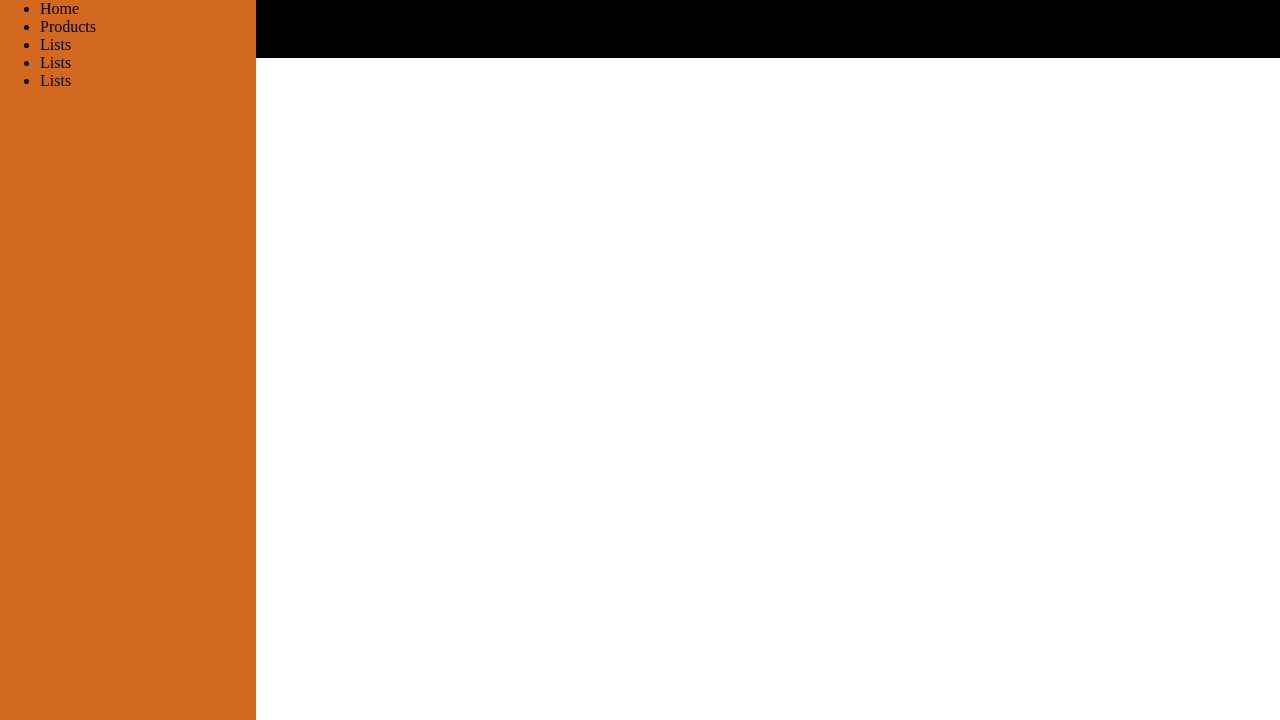
Repository: hemantsaini-7/React_Basics
Page: / (app in SIDEBAR/)
The author's editor kept a copy of each file at every save. The page is drawn from the files as they stood at one save, then again after the next save.
The browser window is 1280 px wide. The pictures show the whole page.
The project was rebuilt for these pictures with package versions that can differ from the ones it lists, and the page was loaded fresh each time. Also part of the build but not shown: SIDEBAR/src/components/Sidebar.js.

Above is the page before, as saved 2020-11-15 20:21:51.

### SIDEBAR/src/App.js
import React from 'react';
import './App.css';
import Navbar from './components/Navbar'

function App() {
  return (
    <div>
      <Navbar/>
    </div>
  );
}

export default App;

### SIDEBAR/src/App.css
* {
  margin: 0px;
}
nav {
  background-color: black;
  color: white;
  padding: 20px;
  position: fixed;
  width: 100vw;
}
.ul {
  background-color: aqua;
}
.li {
  background-color: chartreuse;
}
.side-active {
  background-color: chocolate;
  height: 100vh;
  width: 20vw;
  position: fixed;
}
.side-deactive {
  background-color: aqua;
}

### SIDEBAR/src/components/Navbar.js
import React from 'react'
import { useState } from 'react'
import Sidebar from './Sidebar'

function Navbar() {
    const [sidebar,setsidebar]=useState(true);

const ClickHandler=()=>{
    setsidebar(!sidebar);
}

    return (
        <>
        <nav>
            <span onClick={ClickHandler}>$$$</span>
        </nav>

        <div className={sidebar ? "side-active" : "side-deactive"}>
            <ul>
                <li>Home</li>
                <li>Products</li>
                <li>Lists</li>
                <li>Lists</li>
                <li>Lists</li>
            </ul>
        </div>
        </>
    )
}

export default Navbar

Loaded but not shown: SIDEBAR/public/index.html (common file); SIDEBAR/src/index.js (common file)

After the next save:
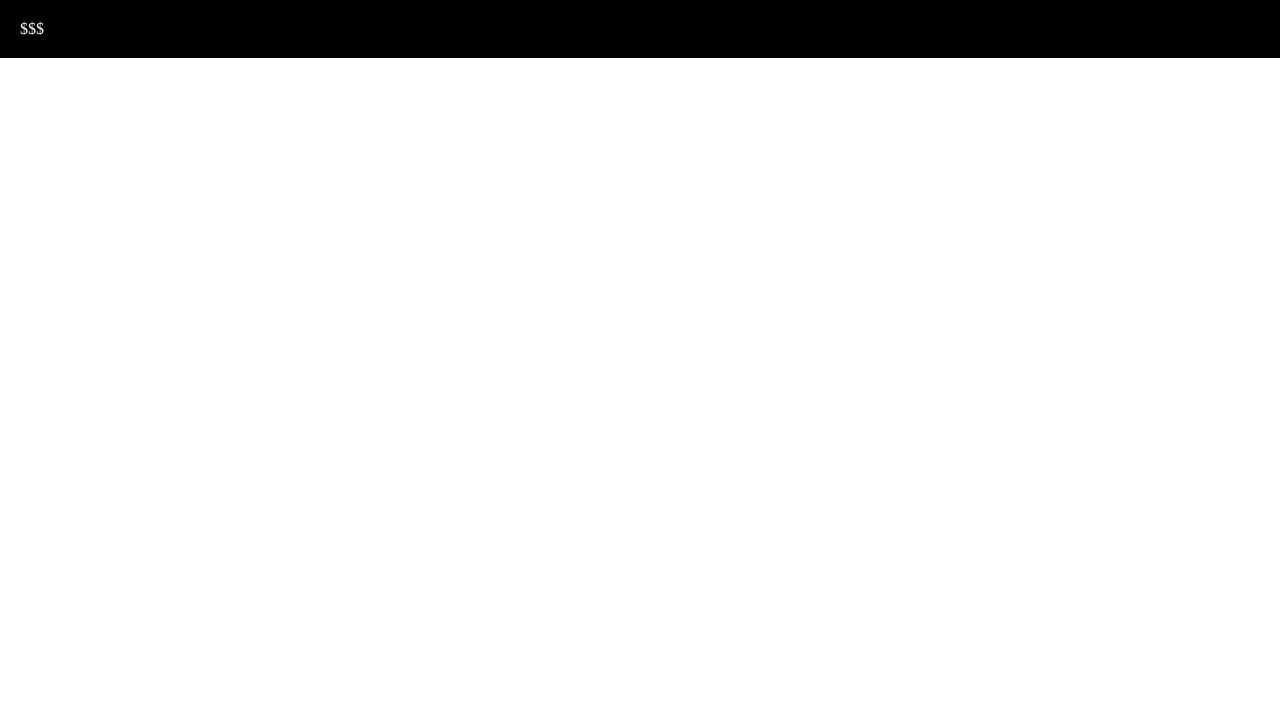
Saved 10 s later.
--- a/SIDEBAR/src/App.css
+++ b/SIDEBAR/src/App.css
@@ -19,6 +19,8 @@ nav {
   height: 100vh;
   width: 20vw;
   position: fixed;
+  top: 0;
+  left: -100%;
 }
 .side-deactive {
   background-color: aqua;
